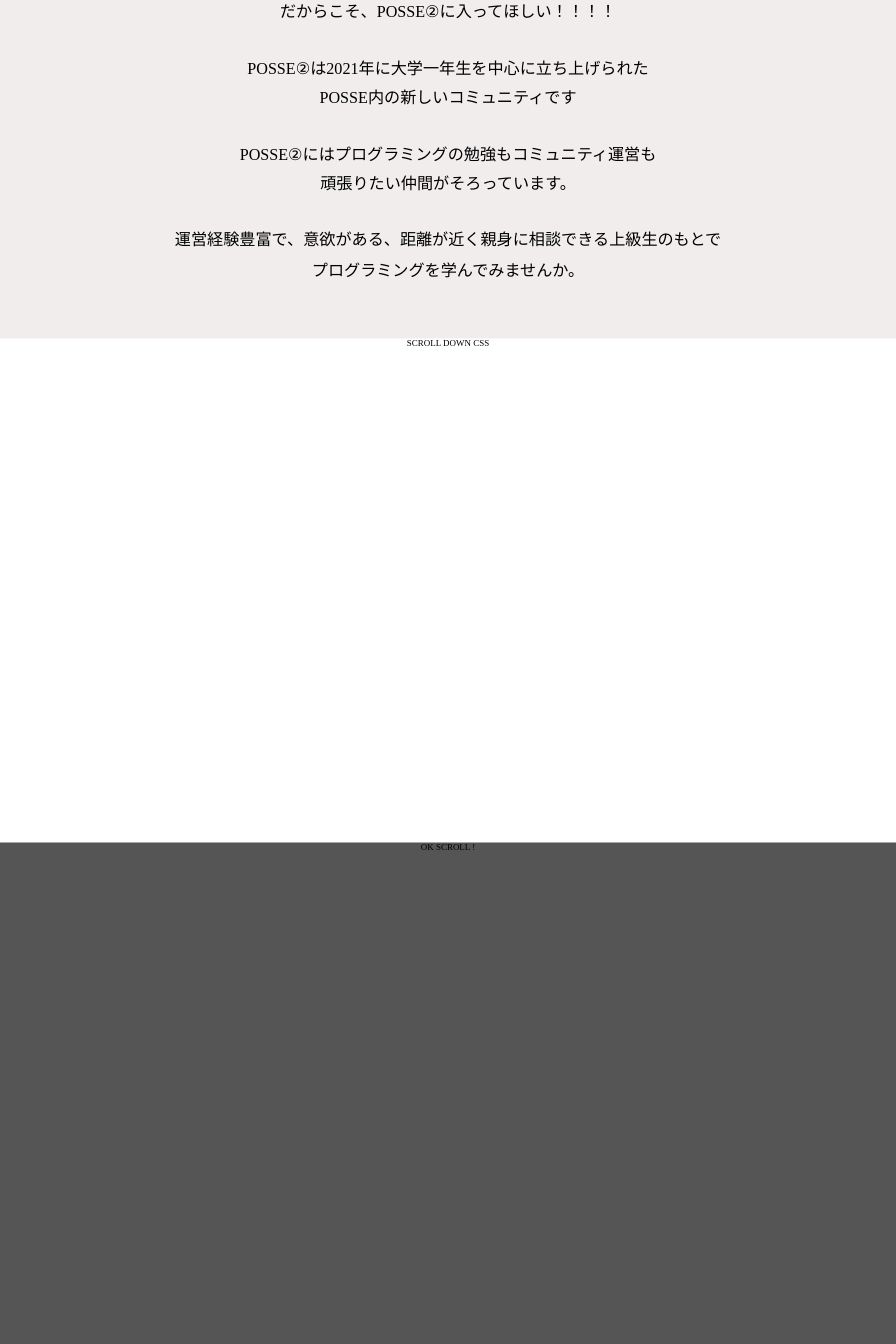
Repository: posse-ap/posse2-hackathon-202202-team2A
Page: topPage/index.html
These files come from the project's save history. The page is drawn as it stood at one moment and after the next save; the edit follows.
The browser window is 1280 px wide. The pictures show the part of the page from y = 472 to 2392 px (the page is 2932 px tall before and 2698 px after), at 70% of full size.
Some web libraries are served in a nearby version.

Above is the page before, as saved 2022-02-15 03:28:11.

### topPage/index.html
<!DOCTYPE html>
<html lang="en">

<head>
    <meta charset="UTF-8" />
    <meta http-equiv="X-UA-Compatible" content="IE=edge" />
    <meta name="viewport" content="width=device-width, initial-scale=1.0" />
    <title>Document</title>
    <link rel="stylesheet" href="/reset.css" />
    <link rel="stylesheet" href="/topPage/style.css" />
</head>

<body>
    <!-- <header id="header" class="header">
        <div class="header_content">
            <div class="header_title">
                <img src="/topPage images/S__31211608.jpg" alt="" class="header_title_img">
            </div>
            <div class="header_links">
                <ul>
                    <li><a href="">トップページ</a></li>
                    <li><a href="">活動記録</a></li>
                    <li><a href="">日常の記録</a></li>
                    <li><a href="">保護者の方へ</a></li>
                </ul>
            </div>
        </div>
    </header> -->

    <header id="header" class="header">
        <div class="header_content">
            <div class="header_title">
                <img src="/topPage images/S__31211608.jpg" alt="" class="header_title_img">
            </div>
            <!-- ①サイトタイトル -->
            <div class="nav-wrapper header_links">
                <!-- ②ナビゲーションメニュー -->
                <nav class="header-nav">
                    <ul class="nav-list">
                        <li class="nav-item">
                            <a href="">トップ</a>
                        </li>
                        <li class="nav-item">
                            <a href="">歩み</a>
                        </li>
                        <li class="nav-item">
                            <a href="">制作物</a>
                        </li>
                        <li class="nav-item">
                            <a href="">インタビュー</a>
                        </li>
                    </ul>
                </nav>
            </div>
            <button class="burger-btn">
                <!-- ③ハンバーガーボタン -->
                <span class="bar bar_top"></span>
                <span class="bar bar_mid"></span>
                <span class="bar bar_bottom"></span>
            </button>
        </div>
    </header>

    <section class="section">
        <div>
            <h2>これからPOSSE生活を送る大学一・二年生へ</h2>
        <p>POSSE入学おめでとう！</p>
        <p>コロナ禍でも充実した学生生活が送れるかな…<br>
            本音で語り合える仲間がほしい<br>
            プログラミングの学習に挫折しないか不安…<br>
            </p>
        <p>など、新しいコミュニティに入る不安いっぱいだと思います。<br>
            だからこそ、POSSE②に入ってほしい！！！！
            </p>
        <p>POSSE②は2021年に大学一年生を中心に立ち上げられた<br>POSSE内の新しいコミュニティです</p>
        <p> POSSE②にはプログラミングの勉強もコミュニティ運営も<br>頑張りたい仲間がそろっています。</p>
        <p>運営経験豊富で、意欲がある、距離が近く親身に相談できる上級生のもとで<br>プログラミングを学んでみませんか。</p>
        </div>
    </section>

    <section>
        <p>SCROLL DOWN CSS</p>
        <a href="#" class="scroll-down" address="true"></a>
        </section>
        <section class="ok">
        <p>OK SCROLL !</p>
    </section>


    <footer class="footer">
        <div class='footer_box'>
            <div class="footer_box1">
                <div class='footer_official_box'>
                    <label for="logo"><p>POSSE</p></label>
                    <!-- <a id='logo'  href="https://posse.anti-pattern.co.jp/"><img class='posse_logo_footer' src="img\posseLogo.png" alt="ポッセロゴ"></a> -->
                </div>
                <div class='footer_other_box'>
                    <div class='footer_page_in_site'>
                        <a href="">トップ</a>
                        <a href="">歩み</a>
                        <a href="">制作物</a>
                        <a href="">インタビュー</a>
                    </div>
                </div>
            </div>
            <div class='SNS'>
                <p>各種ＳＮＳ</p>
                <div class='SNS_box'>
                    <a href=""><img src="/topPage images/LINE.png" alt=""></a>
                    <a href="https://instagram.com/posse_programming?utm_medium=copy_link"><img src="/topPage images/instagram2.png" alt="instagram"></a>
                    <a href="https://twitter.com/posse_program?s=20"><img src="/topPage images/twitter2.png" alt="twitter"></a>
                </div>
            </div>
        </div>
    </footer>

    <script src="//ajax.googleapis.com/ajax/libs/jquery/1.10.2/jquery.min.js"></script>
    <script src="https://ajax.googleapis.com/ajax/libs/jquery/3.6.0/jquery.min.js"></script>
    <script src="/topPage/script.js"></script>
</body>

</html>

### topPage/style.css
html {
    font-size: 1vw;
}

body {
    text-align: center;
    margin: 0 auto;
    font-family: "ヒラギノ丸ゴ Pro W4", "ヒラギノ丸ゴ Pro", "Hiragino Maru Gothic Pro", "ヒラギノ角ゴ Pro W3", "Hiragino Kaku Gothic Pro", "HG丸ｺﾞｼｯｸM-PRO", "HGMaruGothicMPRO";
}

/* 下にスクロールするボタン関連 */
*,
:after,
:before {
    box-sizing: border-box;
    margin: 0;
    padding: 0;
}

section {
    height: 100vh;
    width: 100%;
    display: table;

}

section.ok {
    background-color: #555;
}

/* p {
    color: white;
    font-family: arial;
    display: table-cell;
    text-align: center;
    vertical-align: middle;
} */

.scroll-down {
    opacity: 1;
    -webkit-transition: all .5s ease-in 3s;
    transition: all .5s ease-in 3s;
}

.scroll-down {
    position: absolute;
    left: 50%;
    top: -1rem;
    margin-left: -16px;
    display: block;
    width: 32px;
    height: 32px;
    border: 2px solid greenyellow;
    background-size: 14px auto;
    border-radius: 50%;
    z-index: 2;
    -webkit-animation: bounce 2s infinite 2s;
    animation: bounce 2s infinite 2s;
    -webkit-transition: all .2s ease-in;
    transition: all .2s ease-in;
    transform: scale(1)
}

.scroll-down:before {
    position: absolute;
    top: calc(50% - 8px);
    left: calc(50% - 6px);
    transform: rotate(-45deg);
    display: block;
    width: 12px;
    height: 12px;
    content: "";
    border: 2px solid white;
    border-width: 0px 0 2px 2px;
}

@keyframes bounce {

    0%,
    100%,
    20%,
    50%,
    80% {
        -webkit-transform: translateY(0);
        -ms-transform: translateY(0);
        transform: translateY(0);
    }

    40% {
        -webkit-transform: translateY(-10px);
        -ms-transform: translateY(-10px);
        transform: translateY(-10px);
    }

    60% {
        -webkit-transform: translateY(-5px);
        -ms-transform: translateY(-5px);
        transform: translateY(-5px);
    }
}

.updown {
    animation-name:updown1;   /* アニメーション名の指定 */
    animation-delay:0s;   /* アニメーションの開始時間指定 */
    animation-duration: 3s;   /* アニメーション動作時間の指定 */
    animation-timing-function: ease-in-out;  /* アニメーションの動き指定（徐々に早く）*/
    animation-iteration-count: infinite;
}

@keyframes updown1 {
  0% {
    transform: translateY(0);
  }
  50% {
    transform: translateY(-20px);
  }
  100% {
    transform: translateY(0);
  }
}


.header_content {
    width: 95%;
    height: 90%;
    display: flex;
    justify-content: space-between;
    opacity: 1;
    margin: 0 6rem 0.3rem 1rem;
}

.header_title {
    display: flex;
}

.header_title_img {
    display: block;
    width: 12rem;
    height: 4rem;
    opacity: 1;
}



.header_links {
    width: 40%;
    padding: 1rem 0 0 0;
}

.header_links ul {
    display: flex;
    justify-content: space-between;
}

.header_links li a {
    display: block;
    color: black;
    text-decoration: none;
    font-size: 1.7rem;
}

.header_links li a:hover {
    opacity: 0.4;
    transform: translate(0, -5px);
}


.header {
    width: 100%;
    height: 6rem;
    background: white;
    position: fixed;
    top: 0;
    left: 0;
    padding-top: 1.1rem;
    box-sizing: border-box;
    z-index: 5;
    box-shadow: 0px 10px 10px -5px rgba(0, 0, 0, 0.5);
}

.SNS_box{
    width: 150%;
}


/* -------------------- */
/* header
  /* -------------------- */
/* .header {
    align-items: center;
    background-color: #1b1310;
    border-bottom: 1px solid #fff;
    color: #fff;
    display: flex;
    height: 74px;
    justify-content: space-between;
    padding: 0 120px;
} */

/* .nav-list {

    display: flex;
} */

/* .nav-item {

    margin-right: 55px;
} */

.burger-btn {
    display: none;
}

/* ------------------ */
/* fv
  /* ------------------ */
.fv {
    align-items: center;
    background-color: #141414;
    background-image: url(../img/fv-bgi@2x.jpg);
    background-position: center;
    background-size: cover;
    display: flex;
    flex-direction: column;
    height: 90vh;
    justify-content: center;
}

/* .main-copy {
    border: 2px solid #fff;
    color: #fff;
    font-size: 50px;
    font-weight: bold;
    padding: 34px 42px;
} */

/* ------------------ */
/* about
  /* ------------------ */
.section-title {
    font-size: 36px;
    font-weight: bold;
    letter-spacing: .05em;
    margin-bottom: 70px;
    text-align: center;
}

h3 {
    font-size: 2.4rem;
    font-weight: bold;
    letter-spacing: .1em;
    line-height: 2;
    margin-bottom: 40px;
}

.section-wrapper {
    padding: 100px 10% 50px;
}

@media screen and (min-width:541px) and (max-width:1024px) {
    .header{
        height: 10rem;
    }

    .header_content{
        padding-top: 2rem;
    }

    .header_title_img{
        width: 100%;
        height: 70%;
    }

    .header_links li a{
        font-size: 2.7rem;
        margin-top: 0;
    }

    .header_links{
        width: 50%;
    }
}

@media screen and (max-width:540px) {

    /* ----------------------- */
    /* base_sp
    /* ----------------------- */
    /* デフォルトのbuttonスタイルをリセット */
    button {
        -webkit-appearance: none;
        -moz-appearance: none;
        appearance: none;
        background: transparent;
        border: 0;
        border-radius: 0;
        color: inherit;
        cursor: pointer;
        font: inherit;
        margin: 0;
        outline: none;
        padding: 0;
        vertical-align: middle;
    }

    /* ------------------ */
    /* humberger-menu */
    /* ------------------ */
    .header {
        padding: 0;
        height: 15rem;
    }

    .header_title_img{
        margin-top: 2rem;
        width: 30rem;
        height: 10rem;
    }

    /* 以下、ハンバーガーボタン */
    .burger-btn {
        display: block;
        height: 22%;
        position: relative;
        width: 20%;
        z-index: 3;
        /* codepenの挙動のため */
        background-color: transparent;
        border: none;
        margin-top: 6rem;
    }



    .bar {
        background-color: black;
        display: block;
        height: 0.1rem;
        left: 50%;
        position: absolute;
        transform: translateX(-50%);
        width: 7rem;
    }

    .bar_top {
        top: 3rem;
    }

    .bar_mid {
        top: 50%;
        transform: translate(-50%, -50%);
    }

    .bar_bottom {
        bottom: 3rem;
    }

    .burger-btn.close{
        margin-top: 8.4rem;
    }

    .burger-btn.close .bar_top {
        transform: translate(-50%,-4.3rem) rotate(45deg);
        transition: transform .3s;
    }

    .burger-btn.close .bar_mid {
        opacity: 0;
        transition: opacity .3s;
    }

    .burger-btn.close .bar_bottom {
        transform: translate(-50%, -1rem) rotate(-45deg);
        transition: transform .3s;
    }

    /* スクロール制御 */
    .noscroll {
        overflow: hidden;
    }

    /* 以下、ハンバーガーメニュー */
    .nav-wrapper {
        visibility: hidden;
        height: 100vh;
        left: 0;
        position: fixed;
        top: 0;
        width: 100vw;
        opacity: 0;
        transition: opacity .5s;
        z-index: 2;
        /*キービジュアルと.btn_triggerとの重なりの前後関係を調整*/
    }

    .header-nav {
        background-color: white;
        height: 100%;
        width: 100%;
        z-index: 2;
    }

    .header_links ul{
        display: block;
    }

    .nav-list {
        display: block;
        left: 50%;
        position: absolute;
        text-align: center;
        top: 50%;
        transform: translate(-50%, -50%);
    }

    .nav-item {
        margin-bottom: 40px;
        margin-right: 0;
    }

    .header_links li a{
        font-size: 5rem;
    }

    /* メニューオープン時 */
    .nav-wrapper.fade {
        opacity: 1;
        visibility: visible;
    }

    /* ------------------ */
    /* fv */
    /* ------------------ */
    .main-copy {
        font-size: 30px;
    }

    /* ------------------ */
    /* about */
    /* ------------------ */
    h3 {
        font-size: 20px;
        margin-bottom: 30px;
    }

    .section-wrapper {
        padding: 100px 5% 50px;
    }
}

/* ふったー */
.footer {
    background-color: grey;
    opacity: 0.7;
}

.footer_box {
    width: 65%;
    height: 15rem;
    display: flex;
    justify-content: space-around;
    padding: 6rem 0 0 0;
    position: relative;
    right: -23%;
    margin-top: 27rem;
}

.footer_official_box label p {
    color: black;
    font-size: 2.6rem;
    letter-spacing: 0.2rem;
}

.footer_official_box label p:hover {
    opacity: 0.4;
    transform: translate(0, -5px);
}

.footer_page_in_site a {
    color: black;
    text-decoration: none;
    font-size: 1.8rem;
    letter-spacing: 0.2rem;
}

.footer_page_in_site a:hover {
    opacity: 0.4;
    transform: translate(0, -5px);
}

.SNS {
    width: 14%;
}

.SNS_box a {
    margin: 1rem;
}

.SNS_box a img {
    width: 3rem;
    height: 3rem;
}

.SNS_box a :hover {
    opacity: 0.4;
    transform: translate(0, -5px);
}

.SNS p {
    color: black;
    font-size: 1.8rem;
    margin: 1rem 0;
    margin-left: 6rem;
    letter-spacing: 0.3rem;
    white-space: nowrap;
}

/* .SNS p:hover {
    opacity: 0.4;
    transform: translate(0, -5px);
} */

.posse_logo_footer {
    width: 80%;
    height: 40%;
}

.footer_other_box {
    font-size: 1.5rem;
    letter-spacing: 0.3rem;
    margin: 2rem;
}

.footer_page_in_site a {
    margin: 0 1rem;
}

.SNS_box{width: 250%;}

@media screen and (min-width:541px) and (max-width:1024px) {
    .footer{
        height: 30rem;
    }

    .footer_official_box label p{
        font-size: 7rem;
    }

    .SNS p{
        display: block;
        margin-left: 0;
        margin: 3rem auto;
        font-size: 3rem;
        white-space: nowrap;
    }

    .footer_page_in_site a{
        font-size: 3rem;
    }

    .footer_box{
        width: 75%;
        display: block;
        right: -13%;
    }

    .SNS{
        margin: 0 auto;
        width: 100%;
    }

    .SNS_box{
        width: 100%;
    }


    .footer_official_box label p{
        font-size: 4rem;
    }

    .SNS_box a img {
        width: 5rem;
        height: 5rem;
    }
}


@media screen and (max-width:540px) {
    .footer_box {
        display: block;
        height: 20rem;
        margin:  20rem 0;
        right: -5%;
        width: 90%;
    }

    .footer_official_box label p{
        font-size: 10rem;
    }

    .footer_page_in_site a{
        font-size: 5rem;
        display: block;
    }

    .footer_page_in_site{
        display: block;
        line-height: 7rem;
    }

    .footer{
        height: 70rem;
    }

    .SNS{
        margin: 0 auto;
        width: 100%;
    }

    .SNS p{
        margin-left: 0;
        display: block;
        width: 50rem;
        margin: 3rem auto;
        font-size: 7rem;
        white-space: nowrap
    }

    .SNS_box{
        width: 100%;
    }

    .SNS_box a img {
        width: 7rem;
        height: 7rem;
    }
}

.section div {
    background-color: rgb(241, 237, 237);
    padding: 3rem;
}

.section div h2 {
    font-size: 3rem;
    margin: 4rem;
}

.section div p {
    font-size: 1.8rem;
    margin: 3rem;
    line-height: 3.3rem;
}

.section2 {
    padding: 7rem 0;
}

.highlight {
    background: linear-gradient(transparent 50%, #f6ff5f 80%);
}

### topPage/script.js
$('.burger-btn').on('click', function () {//.btn_triggerをクリックすると
    $('.burger-btn').toggleClass('close');//.btn_triggerにcloseクラスを付与(ボタンのアニメーション)
    $('.nav-wrapper').toggleClass('fade');//.nav-wrapperに
    $('body').toggleClass('noscroll');//bodyにnoscrollクラスを付与(スクロールを固定)
});

$(function () {
    var setImg = '#mainImg';
    var fadeSpeed = 1500;
    var switchDelay = 5000;

    $(setImg).children('img').css({ opacity: '0' });
    $(setImg + ' img:first').stop().animate({ opacity: '1', zIndex: '20' }, fadeSpeed);

    setInterval(function () {
        $(setImg + ' :first-child').animate({ opacity: '0' }, fadeSpeed).next('img').animate({ opacity: '1' }, fadeSpeed).end().appendTo(setImg);
    }, switchDelay);
});

$(function () {
    $('.scroll-down').click(function () {
        $('html, body').animate({ scrollTop: $('section.ok').offset().top }, 'slow');
        return false;
    });
});

Loaded but not shown: reset.css (common file)

After the next save:
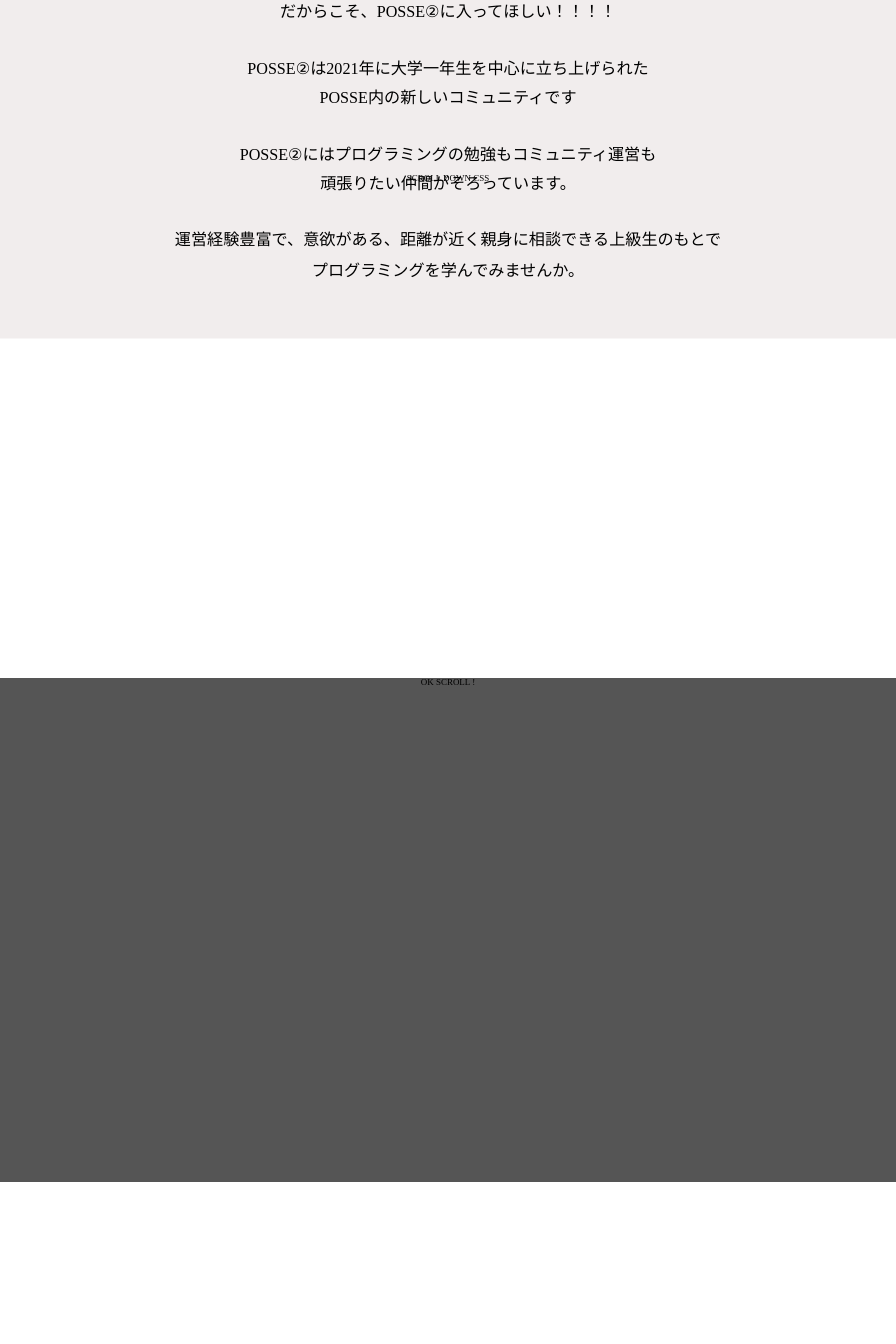
Saved 2 min 30 s later.
--- a/topPage/style.css
+++ b/topPage/style.css
@@ -20,7 +20,7 @@
 section {
     height: 100vh;
     width: 100%;
-    display: table;
+    /* display: table; */
 
 }
 

After the save that followed:
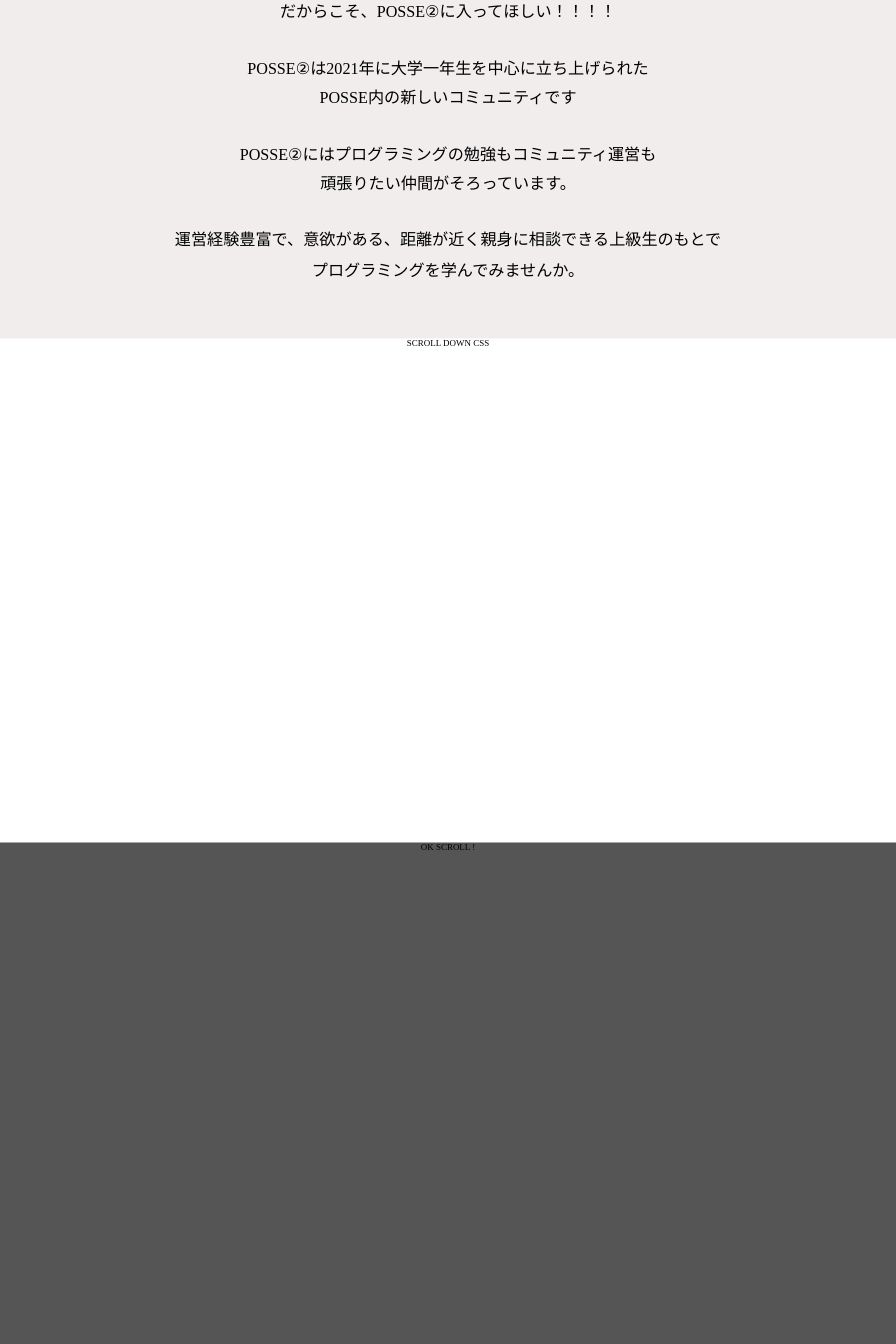
Saved 16 s later.
--- a/topPage/style.css
+++ b/topPage/style.css
@@ -20,7 +20,7 @@
 section {
     height: 100vh;
     width: 100%;
-    /* display: table; */
+    display: table;
 
 }
 
